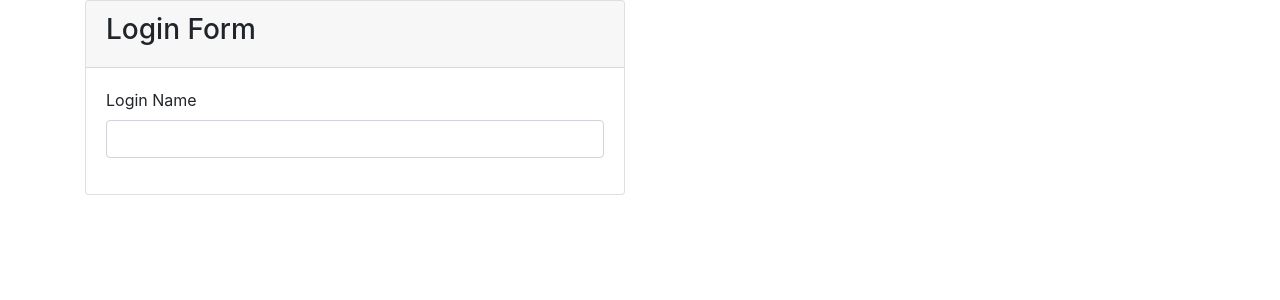
Repository: HsuMon123/Testing-Java-EE
Page: http://localhost/02-hello-servlet/
These files come from the project's save history. The page is drawn as it stood at one moment and after the next save; the edit follows.
The browser window is 1280 px wide. The pictures show the whole page.
The page is served by Tomcat 9. Other server files are loaded and not shown.

Above is the page before, as saved 2020-12-15 07:13:51.

### 02-hello-servlet/src/main/webapp/index.jsp
<%@ page language="java" contentType="text/html; charset=ISO-8859-1"
    pageEncoding="ISO-8859-1"%>
<!DOCTYPE html>
<html>
<head>
<meta charset="ISO-8859-1">
<title>Login Page</title>
<link href="./common/css/bootstrap.min.css" rel="stylesheet" type="text/css"/>
<script type="text/javascript" src="./common/js/jquery.min.js"></script>
<script type="text/javascript" src="./common/js/bootstrap.min.js"></script>
</head>
<body>

	<div class="container">
		<div class="row">
			<div class="col-6">
				<div class="card">
				<div class="card-header">
					<h3>Login Form</h3>
				</div>
				<div class="card-body">
					<form action="login" class="form">
						<div class="form-group">
							<label for="">Login Name</label>
							<input type="text" name="uname" class="form-control" />
						</div>
					</form>
				</div>
			</div>
			</div>
		</div>
	</div>


</body>
</html>

Loaded but not shown: 02-hello-servlet/src/main/webapp/common/css/bootstrap.min.css (library); 02-hello-servlet/src/main/webapp/common/js/jquery.min.js (library); 02-hello-servlet/src/main/webapp/common/js/bootstrap.min.js (library)

After the next save:
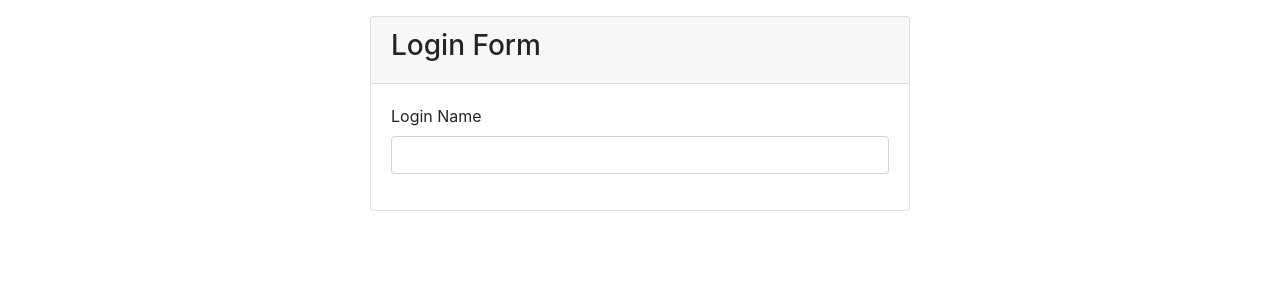
Saved 54 s later.
--- a/02-hello-servlet/src/main/webapp/index.jsp
+++ b/02-hello-servlet/src/main/webapp/index.jsp
@@ -12,8 +12,8 @@
 <body>
 
 	<div class="container">
-		<div class="row">
-			<div class="col-6">
+		<div class="row mt-3">
+			<div class="col-6 offset-3">
 				<div class="card">
 				<div class="card-header">
 					<h3>Login Form</h3>
